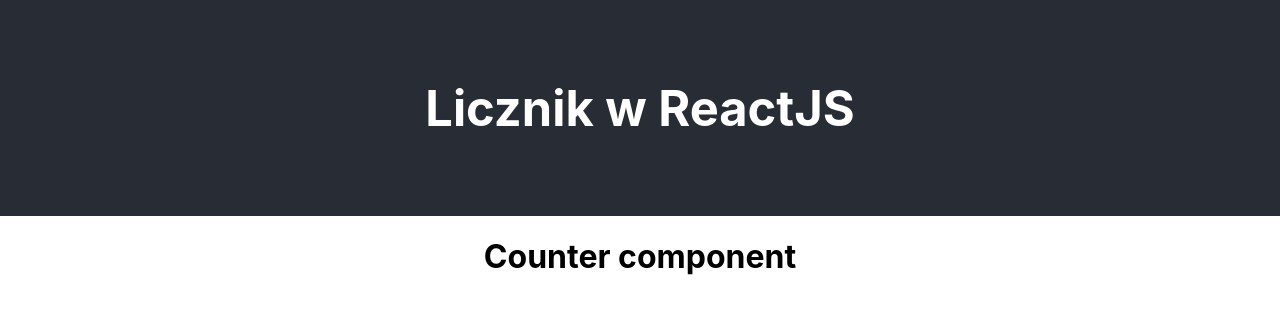
Repository: magdaf41/react-counter-app
Page: /
The author's editor kept a copy of each file at every save. The page is drawn from the files as they stood at one save, then again after the next save.
The browser window is 1280 px wide. The pictures show the whole page.
The project was rebuilt for these pictures with package versions that can differ from the ones it lists, and the page was loaded fresh each time. Also part of the build but not shown: src/Counter.css.

Above is the page before, as saved 2020-10-04 11:15:37.

After the next save:
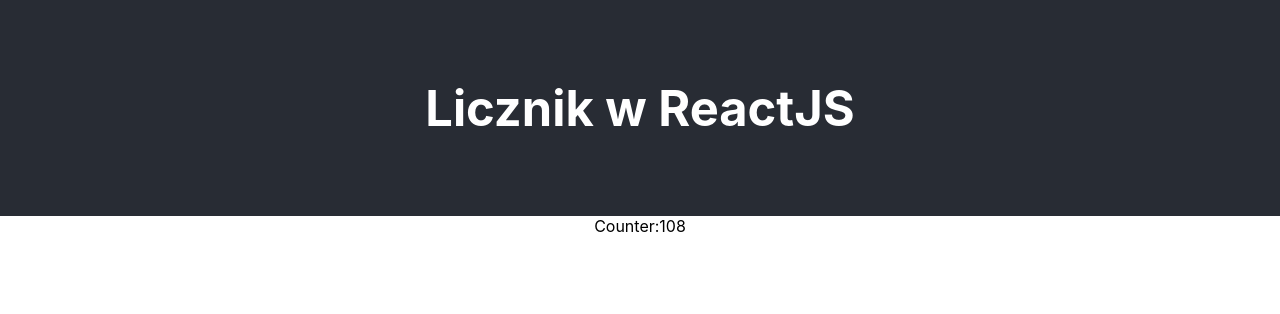
Saved 2 min 47 s later.
--- a/src/Counter.js
+++ b/src/Counter.js
@@ -5,7 +5,12 @@
 function Counter(props) {
 
     return (
-        <h1>Counter component</h1>
+        <div className="counter">
+            Counter:
+            <span className="value">
+                108
+            </span>
+        </div>
     );
 }
 
